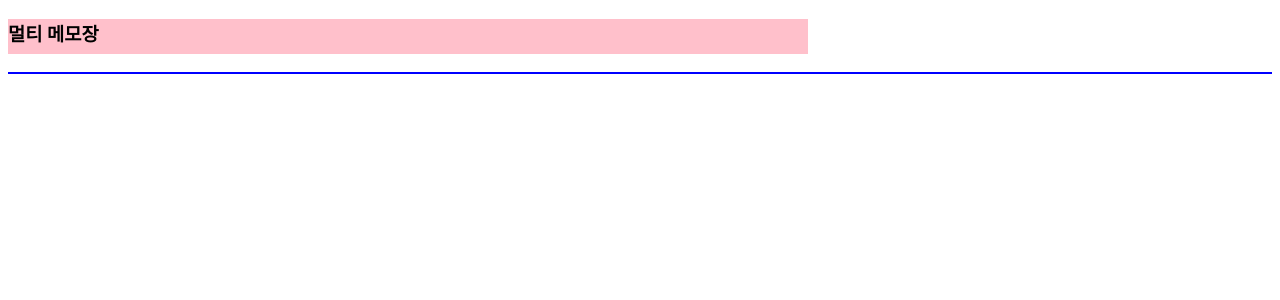
Repository: JayMon0327/Multicampus
Page: http://localhost/SpringMongoDB/mongo_memo.jsp
These files come from the project's save history. The page is drawn as it stood at one moment and after the next save; the edit follows.
The browser window is 1280 px wide. The pictures show the whole page.
The page is served by Tomcat 9. Nobody is signed in. The application's start-up code is not run.

Above is the page before, as saved 2022-12-15 00:37:44.

After the next save:
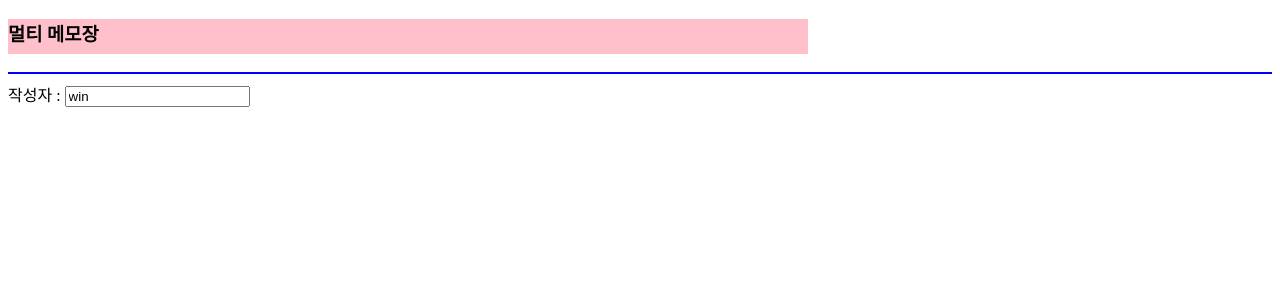
Saved 35 s later.
--- a/SpringMongoDB/src/main/webapp/mongo_memo.jsp
+++ b/SpringMongoDB/src/main/webapp/mongo_memo.jsp
@@ -16,6 +16,8 @@
 <body>
 <h3>멀티 메모장</h3>
 <hr color="blue">
-
+	<form action="">
+		작성자 : <input name="name" value="win">
+	</form>
 </body>
 </html>
